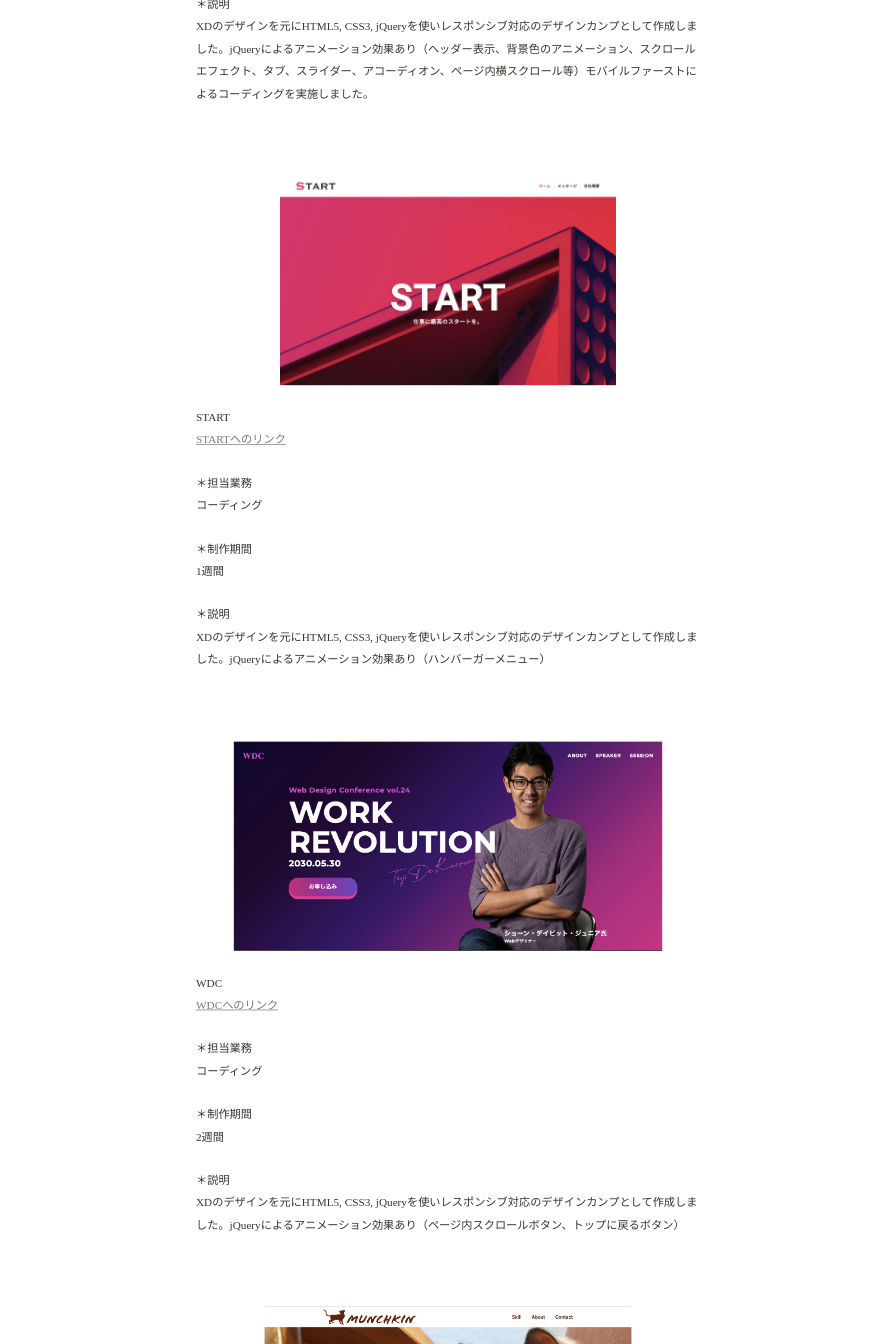
Repository: tetishi/my-portfolio
Page: index.html
These files come from the project's save history. The page is drawn as it stood at one moment and after the next save; the edit follows.
The browser window is 1280 px wide. The pictures show the part of the page from y = 1196 to 3116 px (the page is 5709 px tall before and 6517 px after), at 70% of full size.
The style sheet was rebuilt from its Sass, Less or Tailwind sources for each picture, by a compiler version that may differ from the author's.

Above is the page before, as saved 2023-08-23 15:35:22.

### index.html
<!DOCTYPE html>
<html lang="ja">

<head>
    <meta name="robots" content="noindex">
    <meta charset="UTF-8">
    <meta name="viewport" content="width=device-width, initial-scale=1.0">
    <meta http-equiv="X-UA-Compatible" content="ie=edge">
    <meta property="og:title" content="石田哲朗のポートフォリオ" />
    <meta property="og:type" content="website" />
    <meta property="og:url" content="#" />
    <meta property="og:image" content="#" />
    <meta property="og:site_name" content="ポートフォリオ" />
    <meta property="og:description" content="石田哲朗のポートフォリオです。過去の作品、スキル、使用ツール、自己紹介を掲載しております。" />
    <title>石田哲朗のポートフォリオ</title>
    <link rel="stylesheet" href="reset.css">
    <link rel="stylesheet" href="style.css">
    <link rel="icon" href="img/favicon.ico">
</head>

<body>
    <header>

    </header>

    <main>

        <section>
            <!-- ここ記入 -->
            <h1>ポートフォリオ<br class="d-none">（石田 哲朗）</h1>
            <p>お忙しい中 ご覧頂きありがとうございます。</p>
            <p>以下、過去の作品でございます。</p>
            <!-- ここ記入 -->
            <!-- <p>ベーシック認証がかかっているものは<br>ID aaa<br>パスワード aaa<br> です。</p> -->
        </section>
        <section>

            <h2>過去の作品</h2>
            <h3 class="sub-tit">LP作成</h3>

            <!-- １作品目 -->
            <div class="work">
                <!-- サイトのイメージ写真を入れます -->
                <picture>
                    <source srcset="img/engbody.webp" type="image/webp">
                    <img src="img/engbody.png">
                </picture>
                <!-- ここ記入 -->
                <p class="work_tit">ENGBODY</p>
                <!-- ここ記入 -->
                <p class="work_link"><a target="_blank" rel="noopener noreferrer" href="https://tetishi.github.io/engbody/">ENGBODYへのリンク</a></p>
                <p class="details">＊担当業務</p>
                <p>コーディング</p>
                <p class="details">＊制作期間</p>
                <!-- ここ記入 -->
                <p>2週間</p>
                <p class="details">＊説明</p>
                <!-- ここ記入 -->
                <p>XDのデザインを元にHTML5, CSS3, jQueryを使いレスポンシブ対応のデザインカンプとして作成しました。jQueryによるアニメーション効果あり（ヘッダー表示、背景色のアニメーション、スクロールエフェクト、タブ、スライダー、アコーディオン、ページ内横スクロール等）モバイルファーストによるコーディングを実施しました。</p>
            </div>

            <!-- 　２作品目 -->


            <div class="work">
                <!-- サイトのイメージ写真を入れます -->
                <picture>
                    <source srcset="img/start.webp" type="image/webp">
                    <img src="img/start.png">
                </picture>
                <!-- ここ記入 -->
                <p class="work_tit">START</p>
                <!-- ここ記入 -->
                <p class="work_link"><a target="_blank" rel="noopener noreferrer" href="https://tetishi.github.io/">STARTへのリンク</a></p>
                <p class="details">＊担当業務</p>
                <p>コーディング</p>
                <p class="details">＊制作期間</p>
                <!-- ここ記入 -->
                <p>1週間</p>
                <p class="details">＊説明</p>
                <!-- ここ記入 -->
                <p>XDのデザインを元にHTML5, CSS3, jQueryを使いレスポンシブ対応のデザインカンプとして作成しました。jQueryによるアニメーション効果あり（ハンバーガーメニュー）</p>
            </div>

            <!-- 　3作品目 -->
            <div class="work">
                <!-- サイトのイメージ写真を入れます -->
                <picture>
                    <source srcset="img/wdc.webp" type="image/webp">
                    <img src="img/wdc.png">
                </picture>
                <!-- ここ記入 -->
                <p class="work_tit">WDC</p>
                <!-- ここ記入 -->
                <p class="work_link"><a target="_blank" rel="noopener noreferrer" href="https://tetishi.github.io/wdc/">WDCへのリンク</a></p>
                <p class="details">＊担当業務</p>
                <p>コーディング</p>
                <p class="details">＊制作期間</p>
                <!-- ここ記入 -->
                <p>2週間</p>
                <p class="details">＊説明</p>
                <!-- ここ記入 -->
                <p>XDのデザインを元にHTML5, CSS3, jQueryを使いレスポンシブ対応のデザインカンプとして作成しました。jQueryによるアニメーション効果あり（ページ内スクロールボタン、トップに戻るボタン）</p>
            </div>

            <!-- 　4作品目 -->

            <!-- 　5作品目 -->
            <div class="work">
                <!-- サイトのイメージ写真を入れます -->
                <picture>
                    <source srcset="img/munchkin.webp" type="image/webp">
                    <img src="img/munchkin.png">
                </picture>
                <!-- ここ記入 -->
                <p class="work_tit">MUNCHKIN</p>
                <!-- ここ記入 -->
                <p class="work_link"><a target="_blank" rel="noopener noreferrer" href="https://tetishi.github.io/munchkin2/">MUNCHKINへのリンク</a></p>
                <p class="details">＊担当業務</p>
                <p>コーディング</p>
                <p class="details">＊制作期間</p>
                <!-- ここ記入 -->
                <p>1週間</p>
                <p class="details">＊説明</p>
                <!-- ここ記入 -->
                <p>XDのデザインを元にHTML5, CSS3, jQueryを使いレスポンシブ対応のデザインカンプとして作成しました。jQueryによるアニメーション効果あり（ハンバーガーメニュー、スクロールボタン）</p>
            </div>


            <!-- <h3 class="sub-tit">コーポレイトサイト作成</h3> -->
            <!-- <div class="work"> -->
                <!-- サイトのイメージ写真を入れます -->
                <!-- <picture>
                    <source srcset="img/#" type="image/webp">
                    <img src="img/#">
                </picture> -->
                <!-- ここ記入 -->
                <!-- <p class="work_tit">ここに作品のタイトルを入れます</p> -->
                <!-- ここ記入 -->
                <!-- <p class="work_link"><a target="_blank" rel="noopener noreferrer" href="#">ここにリンクを入れます</a></p>
                <p class="details">＊担当業務</p>
                <p>コーディング</p>
                <p class="details">＊制作期間</p> -->
                <!-- ここ記入 -->
                <!-- <p>○週間</p>
                <p class="details">＊説明</p> -->
                <!-- ここ記入 -->
                <!-- <p>ここに説明文を入れます</p>
            </div> -->


        </section>
        <section>
            <h2>スキル</h2>
            <h3 class="info-tit">使用言語</h3>
            <p>HTML / CSS / Sass / Javascript / SEO </p>
            <h3 class="info-tit">フレイムワーク</h3>
            <p>jQuery / WordPress</p>
        </section>
        <section>
            <h2>使用ツール</h2>
            <h3 class="info-tit">エディター</h3>
            <p>Visual Studio Code</p>
            <h3 class="info-tit">テストサーバー</h3>
            <p>エックスフリー</p>
            <h3 class="info-tit">バージョン管理ツール</h3>
            <p>GitHub</p>
            <h3 class="info-tit">連絡ツール</h3>
            <p>slack / Chatwork</p>
        </section>
        <section>
            <h2>私について</h2>
            <!-- 自分の写真を入れます -->
            <img class="people" src="img/myself.jpeg">
            <h3 class="info-tit">名前</h3>
            <!-- ここ記入 -->
            <p>石田 哲朗</p>
            <h3 class="info-tit">生年月日</h3>
            <!-- ここ記入 -->
            <p>1992年11月12日</p>
            <h3 class="info-tit">出身</h3>
            <!-- ここ記入 -->
            <p>奈良県</p>
            <h3 class="info-tit">経歴</h3>
            <!-- ここ記入 -->
            <ul class="carrier-list">
                <li class="carrier-item">
                    <p class="carrier-year">2015</p>
                    <p class="carrier-content">大阪の大学を経済学部で卒業</p>
                </li>
                <li class="carrier-item">
                    <p class="carrier-year">2015 - 2017</p>
                    <p class="carrier-content">アメリカ、ロサンゼルスの語学学校で英語を学ぶ</p>
                </li>
                <li class="carrier-item">
                    <p class="carrier-year">2017 - 2019</p>
                    <p class="carrier-content">カリフォルニア州オークランドにあるLaney Collegeにてコンピュータプログラミング専攻し卒業</p>
                </li>
                <li class="carrier-item">
                    <p class="carrier-year">2019</p>
                    <p class="carrier-content">フリーランスのWebエンジニアとして活動</p>
                </li>
                <li class="carrier-item">
                    <p class="carrier-year">2019 - 2020</p>
                    <p class="carrier-content">プログラミングスクールにてRuby on Ralisなどを学び実際に業務としてWeb開発を実施</p>
                </li>
                <li class="carrier-item">
                    <p class="carrier-year">2021 ~ 2023</p>
                    <p class="carrier-content">ネットワークエンジニアとして勤務</p>
                </li>
                <li class="carrier-item">
                    <p class="carrier-year">2022 ~ 現在</p>
                    <p class="carrier-content">フリーランスのWebエンジニアとして活動中</p>
                </li>
            </ul>
        </section>



    </main>

    <footer>

    </footer>

</body>

</html>

### reset.css
/*
html5doctor.com Reset Stylesheet
v1.6.1
Last Updated: 2010-09-17
Author: Richard Clark - http://richclarkdesign.com
Twitter: @rich_clark
*/

html,
body,
div,
span,
object,
iframe,
h1,
h2,
h3,
h4,
h5,
h6,
p,
blockquote,
pre,
abbr,
address,
cite,
code,
del,
dfn,
em,
img,
ins,
kbd,
q,
samp,
small,
strong,
sub,
sup,
var,
b,
i,
dl,
dt,
dd,
ol,
ul,
li,
fieldset,
form,
label,
legend,
table,
caption,
tbody,
tfoot,
thead,
tr,
th,
td,
article,
aside,
canvas,
details,
figcaption,
figure,
footer,
header,
hgroup,
menu,
nav,
section,
summary,
time,
mark,
audio,
video {
    margin: 0;
    padding: 0;
    border: 0;
    outline: 0;
    font-size: 100%;
    vertical-align: baseline;
    background: transparent;
}

body {
    line-height: 1;
}

article,
aside,
details,
figcaption,
figure,
footer,
header,
hgroup,
menu,
nav,
section {
    display: block;
}

nav ul {
    list-style: none;
}

blockquote,
q {
    quotes: none;
}

blockquote:before,
blockquote:after,
q:before,
q:after {
    content: '';
    content: none;
}

a {
    margin: 0;
    padding: 0;
    font-size: 100%;
    vertical-align: baseline;
    background: transparent;
}


/* change colours to suit your needs */

ins {
    background-color: #ff9;
    color: #000;
    text-decoration: none;
}


/* change colours to suit your needs */

mark {
    background-color: #ff9;
    color: #000;
    font-style: italic;
    font-weight: bold;
}

del {
    text-decoration: line-through;
}

abbr[title],
dfn[title] {
    border-bottom: 1px dotted;
    cursor: help;
}

table {
    border-collapse: collapse;
    border-spacing: 0;
}


/* change border colour to suit your needs */

hr {
    display: block;
    height: 1px;
    border: 0;
    border-top: 1px solid #cccccc;
    margin: 1em 0;
    padding: 0;
}

input,
select {
    vertical-align: middle;
}


/*end reset css*/

### style.scss
$main-color: #AAC8E9;
img {
    width: 100%;
}

h1,
h2,
h3,
p {
    color: #37352F;
}

a {
    color: #7A7975;
}

h1 {
    font-size: 2.5rem;
    margin-bottom: 50px;
}

h2 {
    background-color: $main-color;
    font-size: 1.5rem;
    padding: 10px;
    margin-top: 100px;
}

p {
    line-height: 2;
}

.d-flex {
    display: flex;
}

.d-none {
    display: none;
}

.d-block {
    display: block;
}

header {
    height: 50px;
    width: 100%;
    position: fixed;
    top: 0;
    background-color: #ffffff;
    margin-bottom: 50px;
    display: flex;
    align-items: center;
    .logo {
        width: 150px;
    }
}

.header-inner {
    width: 90%;
    margin: 0 auto;
}

main {
    max-width: 800px;
    width: 80%;
    margin: 150px auto;
}

.sub-tit {
    margin-top: 70px;
    margin-bottom: -60px;
}

.info-tit {
    margin: 30px 0 10px 0;
}

.work {
    width: 90%;
    margin: 0 auto;
    margin-top: 100px;
    img {
        max-height: 300px;
        object-fit: contain;
        margin: 0 auto;
        margin-bottom: 30px;
        display: block;
    }
    .d-flex img {
        max-width: 450px;
        width: 70%;
    }
}

.details {
    margin-top: 30px;
}

.people {
    height: 200px;
    width: 20%;
    object-fit: cover;
    margin-top: 50px;
}

.carrier-item {
    display: flex;
    .carrier-year {
        white-space: nowrap;
        width: 20%;
    }
    .carrier-content {
        width: 80%;
    }
}

@media all and (max-width:650px) {
    main {
        width: 90%;
        margin: 100px auto;
    }
    .d-flex {
        display: block;
    }
    .d-none {
        display: block;
    }
    .d-block {
        display: none !important;
    }
    h1 {
        font-size: 2rem;
    }
    .people {
        display: block;
        width: 50%;
        margin: 0 auto;
        margin-top: 30px;
    }
    .carrier-item {
        display: block;
        padding: 10px 0;
        &:first-of-type {
            padding: 0 0 10px;
        }
        .carrier-year {
            width: 100%;
        }
        .carrier-content {
            width: 100%;
        }
    }
}

After the next save:
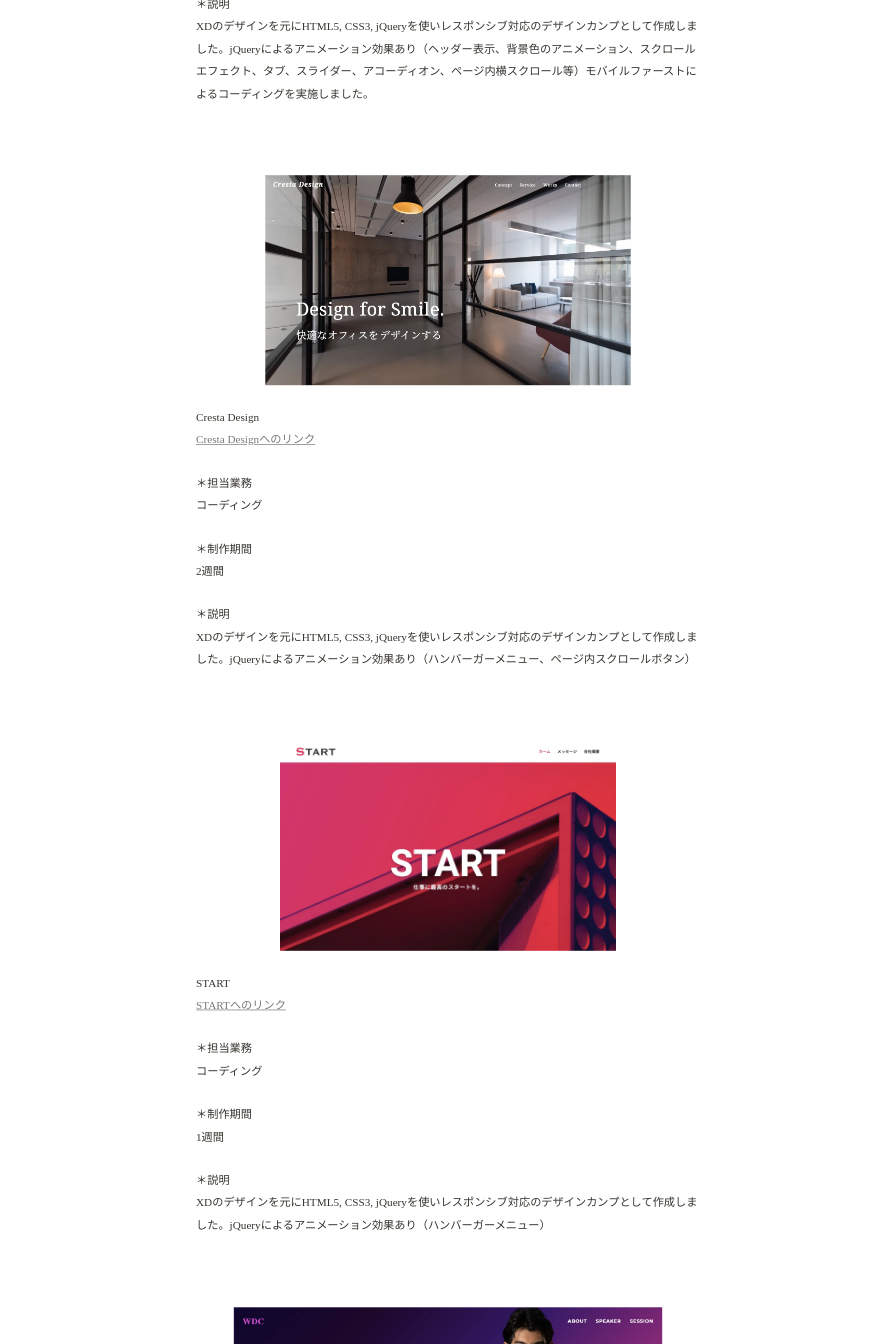
Saved 5 s later.
--- a/index.html
+++ b/index.html
@@ -60,7 +60,25 @@
             </div>
 
             <!-- 　２作品目 -->
-
+            <div class="work">
+                <!-- サイトのイメージ写真を入れます -->
+                <picture>
+                    <source srcset="img/cresta-design.webp" type="image/webp">
+                    <img src="img/cresta-design.png">
+                </picture>
+                <!-- ここ記入 -->
+                <p class="work_tit">Cresta Design</p>
+                <!-- ここ記入 -->
+                <p class="work_link"><a target="_blank" rel="noopener noreferrer" href="https://tetishi.github.io/cresta-design/">Cresta Designへのリンク</a></p>
+                <p class="details">＊担当業務</p>
+                <p>コーディング</p>
+                <p class="details">＊制作期間</p>
+                <!-- ここ記入 -->
+                <p>2週間</p>
+                <p class="details">＊説明</p>
+                <!-- ここ記入 -->
+                <p>XDのデザインを元にHTML5, CSS3, jQueryを使いレスポンシブ対応のデザインカンプとして作成しました。jQueryによるアニメーション効果あり（ハンバーガーメニュー、ページ内スクロールボタン）</p>
+            </div>
 
             <div class="work">
                 <!-- サイトのイメージ写真を入れます -->
